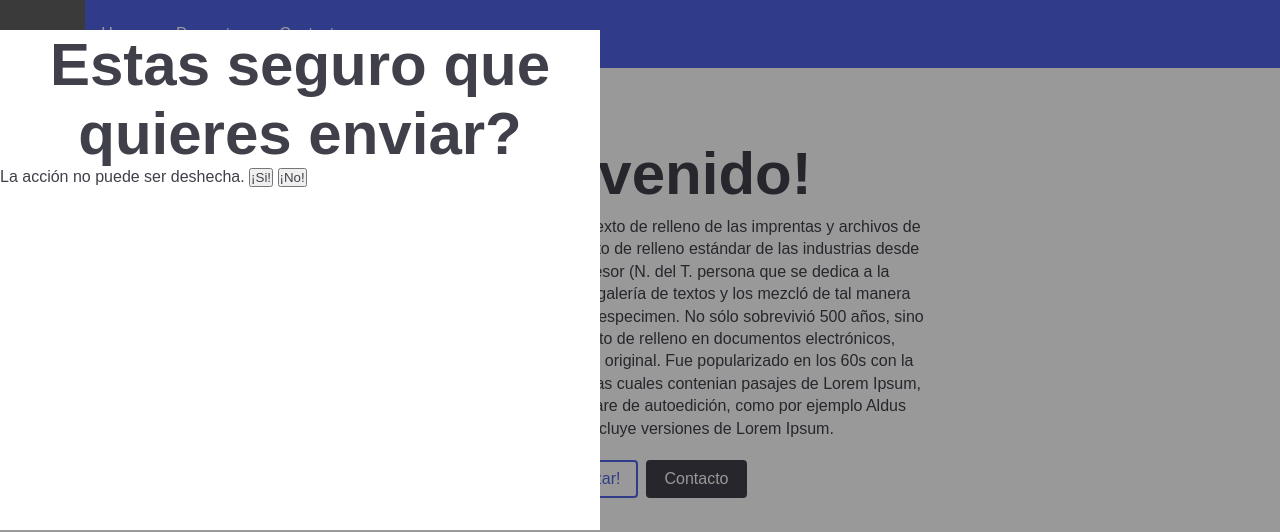
Repository: robsonmarkes/accesibilidad
Page: index.html
These files come from the project's save history. The page is drawn as it stood at one moment and after the next save; the edit follows.
The browser window is 1280 px wide. The pictures show the part of the page from y = 0 to 532 px (the page is 2098 px tall).
Pictures or frames that could not be fetched are drawn as grey boxes. A picture or video elsewhere on the page could not be fetched, so the positions and the page height are approximate.

Above is the page before, as saved 2022-10-11 11:41:15.

### index.html
<!DOCTYPE html>
<html lang="en">
<head>
    <meta charset="UTF-8">
    <meta http-equiv="X-UA-Compatible" content="IE=edge">
    <meta name="viewport" content="width=device-width, initial-scale=1.0">
    <title>Mi empresa portal</title>
    <link rel="stylesheet" href="style.css">
</head>
<body>
    <!-- wrong way -->
    <div class="wrap">
        <div class="header">
            <a href="http://google.com" class="logo">
                <img src="https://www.pngarts.com/files/3/Logo-PNG-Transparent-Image.png" alt="" srcset="">
            </a>
            <ul>
                <li>
                    <a href="#" target="_blank" rel="noopener noreferrer">Home</a>
                </li>
                <li>
                    <a href="#" target="_blank" rel="noopener noreferrer">Proyectos</a>
                </li>
                <li>
                    <a href="#" target="_blank" rel="noopener noreferrer">Contacto</a>
                </li>
            </ul>
        </div>
        <div class="content">
            <div class="article">
                <h1>Bienvenido!</h1>
                <p>
                    Lorem Ipsum es simplemente el texto de relleno de las imprentas y archivos de texto. Lorem Ipsum ha sido el texto de relleno estándar de las industrias desde el año 1500, cuando un impresor (N. del T. persona que se dedica a la imprenta) desconocido usó una galería de textos y los mezcló de tal manera que logró hacer un libro de textos especimen. No sólo sobrevivió 500 años, sino que tambien ingresó como texto de relleno en documentos electrónicos, quedando esencialmente igual al original. Fue popularizado en los 60s con la creación de las hojas "Letraset", las cuales contenian pasajes de Lorem Ipsum, y más recientemente con software de autoedición, como por ejemplo Aldus PageMaker, el cual incluye versiones de Lorem Ipsum.
                </p>
                <div class="buttons">
                    <button class="primary">Empezar!</button>
                    <button class="secondary">Contacto</button>
                </div>
            </div>
            <hr />
            <div class="article">
                <div>
                    <h1>Nuestra empresa</h1>
                    <p>
                        Es un hecho establecido hace demasiado tiempo que un lector se distraerá con el contenido del texto de un sitio mientras que mira su diseño. El punto de usar Lorem Ipsum es que tiene una distribución más o menos normal de las letras, al contrario de usar textos como por ejemplo "Contenido aquí, contenido aquí". Estos textos hacen parecerlo un español que se puede leer. Muchos paquetes de autoedición y editores de páginas web usan el Lorem Ipsum como su texto por defecto, y al hacer una búsqueda de "Lorem Ipsum" va a dar por resultado muchos sitios web que usan este texto si se encuentran en estado de desarrollo. Muchas versiones han evolucionado a través de los años, algunas veces por accidente, otras veces a propósito (por ejemplo insertándole humor y cosas por el estilo).
                    </p>
                </div>
                <img src="https://cdn-dynmedia-1.microsoft.com/is/image/microsoftcorp/O2019-Hero-image-x2:VP1-539x440?resMode=sharp2&op_usm=1.5,0.65,15,0&wid=1920&hei=720&qlt=75&fit=constrain" alt="">
            </div>
            <hr />
            <div class="article">
                <h1>¡Escribanos!</h1>
                <p>
                    Al contrario del pensamiento popular, el texto de Lorem Ipsum no es simplemente texto aleatorio..
                </p>
                <form action="">
                    <fieldset>
                        <legend>En formulário de ejemplo</legend>
                        <div class="form-group">
                            <label for="name">nombre:</label>
                            <input type="text" name="name" id="name" placeholder="Escriba su nombre">
                        </div>
                        <div class="form-group">
                            <label for="email">correo:</label>
                            <input type="text" name="email" id="email" placeholder="Escriba su correo">
                        </div>
                        <div class="form-group">
                            <label for="message">mensaje:</label>
                            <textarea name="message" id="message" cols="30" rows="10" placeholder="Escriba su mensaje"></textarea>
                        </div>
                        <button>Enviar!</button>
                    </fieldset>
                </form>
            </div>
        </div>
        <div class="footer">
            <span>Navegación rápida</span>
            <ul>
                <li>
                    <a href="#" target="_blank" rel="noopener noreferrer">Home</a>
                </li>
                <li>
                    <a href="#" target="_blank" rel="noopener noreferrer">Sobre</a>
                </li>
                <li>
                    <a href="#" target="_blank" rel="noopener noreferrer">Proyectos</a>
                </li>
                <li>
                    <a href="#" target="_blank" rel="noopener noreferrer">Contacto</a>
                </li>
            </ul>
        </div>

        <div class="backgound-modal"></div>
        <div class="modal">
            <h2 class="title">Estas seguro que quieres enviar?</h2>
            <span>La acción no puede ser deshecha.</span>
            <button>¡Si!</button>
            <button>¡No!</button>
        </div>

    </div>
</body>
</html>

### style.css
:root {
    --primary-bg: rgb(81, 101, 228);
    --primary-color: #ffffff;
    --secondary-bg: #ffffff;
    --secondary-color: rgb(64, 64, 74);
    --body-bg: rgb(64, 64, 74);
    --transition-time: 0.2s;
  }

body, * {
    margin: 0;
    padding: 0;
    list-style-type: none;
    text-decoration: none;
    font-family:Arial, Helvetica, sans-serif;
    color: var(--secondary-color);
}

body a:hover {
    color: var(--primary-color);
}

.wrap {
    width: 100%;
    height: auto;
    margin: 0 auto;

}

.wrap .header {
    display: flex;
    align-items: center;
    background-color: var(--primary-bg);
}

.wrap .header  img {
    filter: invert(100%);
    height: 64px;
}

.wrap .header ul {
    display: flex;
}
.wrap .header ul li {
    padding: 1rem;
}
.wrap .header a {
    color: var(--primary-color);
}

.wrap .content {
    width: 100%;
    min-width: 400px;
    margin: 0;
}

.wrap .content hr {
    color: var(--body-bg);
    opacity: 0.2;
}

.wrap .content .article {
    margin: 0 auto;
    padding: 64px 0 48px;
    max-width: 600px;
    line-height: 1.4;
}

.wrap .content .article h1, h2, h3 {
    font-size: 3.75rem;
    padding-bottom: 0.35;
    text-align: center;
}

.wrap .content .article p {
    font-size: 1rem;
    text-align: center;
    padding: 0 1rem 1rem;
}

.wrap .content .article img {
    margin: 0 auto;
    max-width: 100%;
    padding: 1rem;
}

.wrap .content .article .buttons {
    max-width: 220px;
    margin: 0 auto;
    display: flex;
}

.wrap .content .article .buttons button {
    font-size: 1rem;
    padding: 0.5rem 1rem;
    margin: 4px;
    border: 2px solid;
    border-radius: 4px;
    cursor: pointer;
    background-color: transparent;
}

.wrap .content .article .buttons button.primary {
    background-color: var(--primary-color);
    color: var(--primary-bg);
    transition: var(--transition-time) background-color;
}

.wrap .content .article .buttons button.primary:hover {
    background-color: var(--primary-bg);
    color: var(--primary-color);
    border-color: var(--primary-bg);
}

.wrap .content .article .buttons button.secondary {
    background-color: var(--secondary-color);
    color: var(--secondary-bg);
    border-color: var(--secondary-color);
    transition: var(--transition-time) background-color;
}

.wrap .content .article .buttons button.secondary:hover {
    background-color: var(--secondary-bg);
    color: var(--secondary-color);
    border-color: var(--secondary-color);
}

.wrap .content .article form {
    width: 100%;
    margin: 0 auto;
}

.wrap .content .article form fieldset {
    display: flex;
    flex-direction: column;
    align-items: center;
    border-color: transparent;
}

.wrap .content .article form fieldset legend {
    opacity: 0;
    font-size: 0px;
}

.wrap .content .article form .form-group {
    width: 100%;
    display: block;
}

.wrap .content .article form .form-group label {
    opacity: 0;
    font-size: 0px;
}

.wrap .content .article form .form-group input, .wrap .content .article form .form-group textarea {
    font-size: 1rem;
    padding: 0.8rem 1rem;
    margin: 0.5rem;
    border: 2px solid #ddd;
    border-radius: 6px;
    width: 90%;
}

.wrap .content .article form fieldset button {
    font-size: 1rem;
    width: 160px;
    margin: 0 auto;
    padding: 0.5rem 1rem;
    margin: 4px;
    border: 2px solid;
    border-radius: 4px;
    cursor: pointer;
    background-color: var(--primary-color);
    color: var(--primary-bg);
    transition: var(--transition-time) background-color;
}

.wrap .content .article form fieldset button:hover {
    background-color: var(--primary-bg);
    color: var(--primary-color);
    border-color: var(--primary-bg);
}

.wrap .footer {
    display: flex;
    flex-direction: column;
    align-items: center;
    padding: 1rem;
    background-color: var(--primary-bg);
}

.wrap .footer span {
    color: var(--primary-color);
    font-size: small;
    padding-bottom: 1rem;
}

.wrap .footer  ul {
    display: flex;
}

.wrap .footer  ul li a {
    color: var(--primary-color);
    padding: 1rem;
}

/* modal */
.wrap .background-modal, .wrap .modal {

}

.wrap .backgound-modal {
    width: 100%;
    height: 100%;
    top: 0;
    left: 0;
    opacity: 0.4;
    position: fixed;
    background-color: black;
    z-index: 2;
}

.wrap .modal {
    width: 600px;
    height: 500px;
    position: fixed;
    top: 30px;
    left: calc((50vw-600px)/2);
    background-color:#fff;
    z-index: 3;
    margin: 0 auto;
}

After the next save:
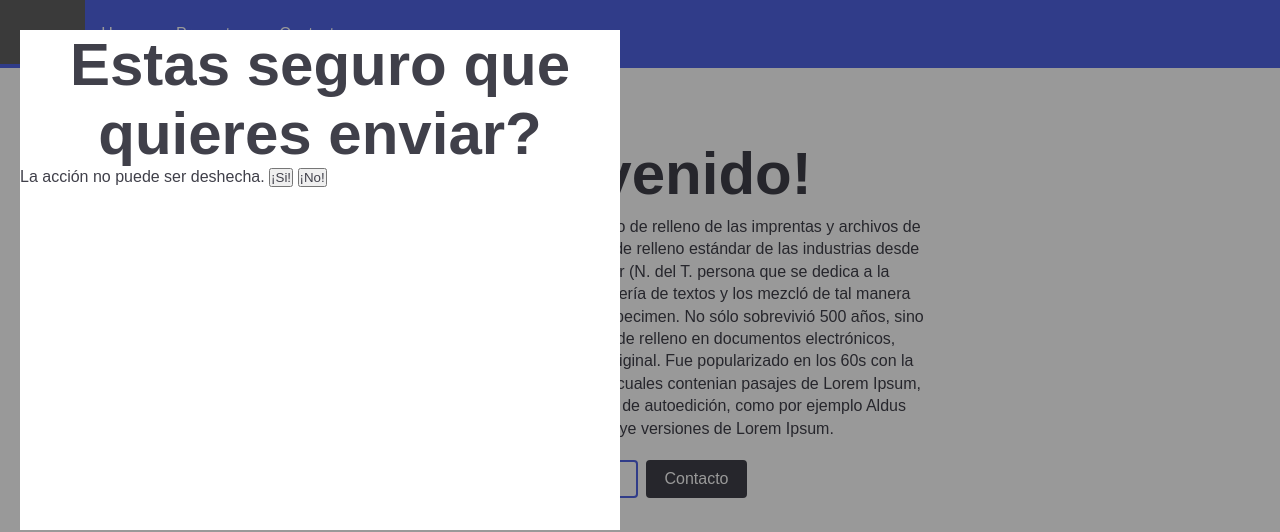
Saved 58 min 2 s later.
--- a/style.css
+++ b/style.css
@@ -225,7 +225,7 @@ body a:hover {
     height: 500px;
     position: fixed;
     top: 30px;
-    left: calc((50vw-600px)/2);
+    left: calc((50vw - 600px)/2);
     background-color:#fff;
     z-index: 3;
     margin: 0 auto;
